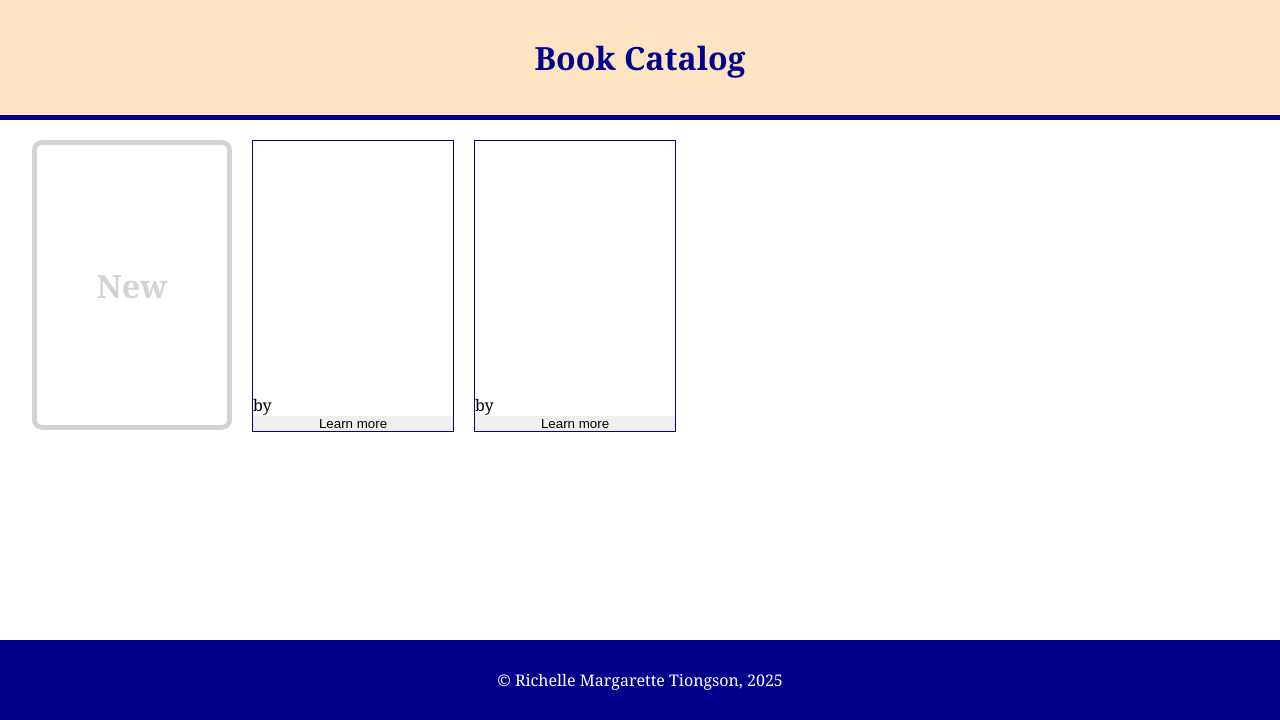
Repository: richelletiongson/comp3170_lab01
Page: /
The author's editor kept a copy of each file at every save. The page is drawn from the files as they stood at one save, then again after the next save.
The browser window is 1280 px wide. The pictures show the whole page.
The project was rebuilt for these pictures with package versions that can differ from the ones it lists, and the page was loaded fresh each time. Also part of the build but not shown: vite.config.js.

Above is the page before, as saved 2025-09-14 00:37:36.

After the next save:
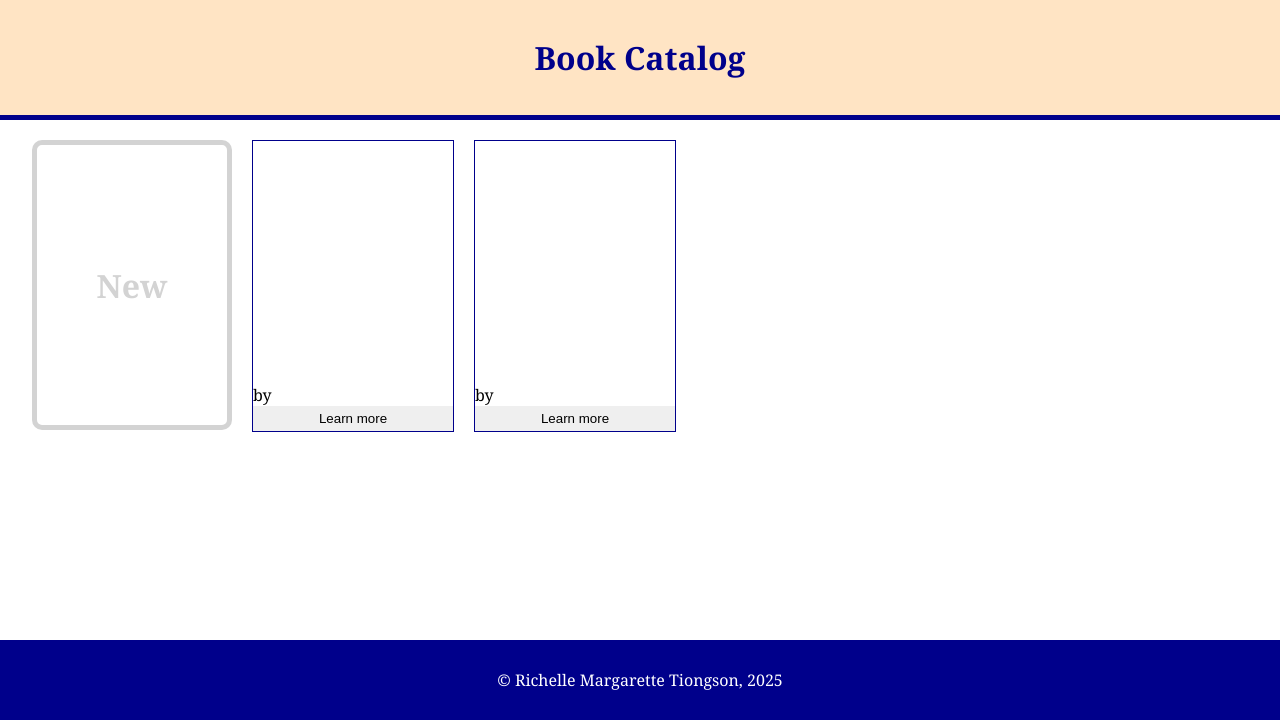
Saved 25 s later.
--- a/src/index.css
+++ b/src/index.css
@@ -45,6 +45,7 @@ body {
 
 .learn {
   border: none;
+  height: 25px;
 }
 
 .new {
